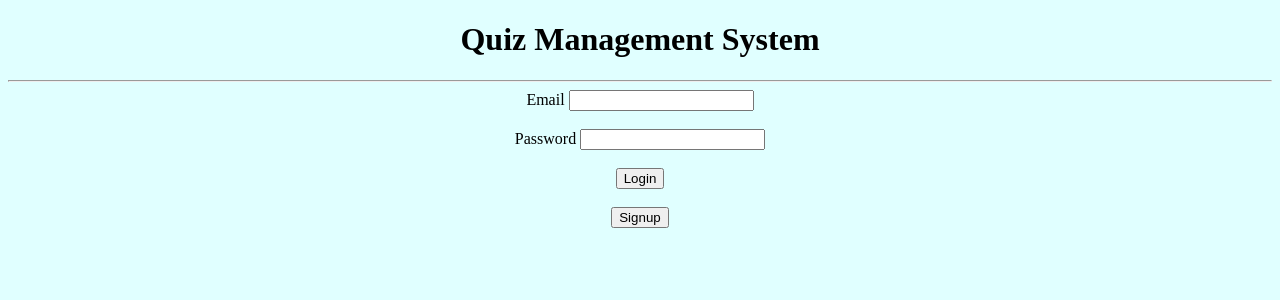
Repository: Rohitsenpai01/Quiz-Manangement-System
Page: http://localhost/WebQuizApp/
The author's editor kept a copy of each file at every save. The page is drawn from the files as they stood at one save, then again after the next save.
The browser window is 1280 px wide. The pictures show the whole page.
The page is served by Tomcat 9.

Above is the page before, as saved 2025-12-29 05:35:24.

After the next save:
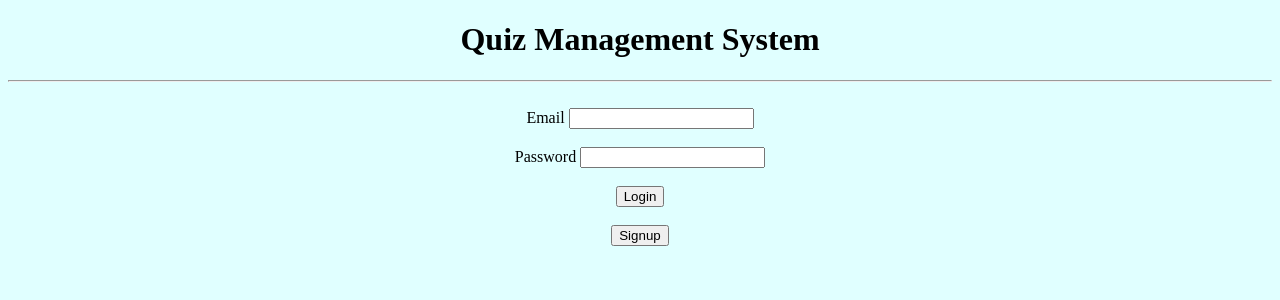
Saved 31 s later.
--- a/WebQuizApp/WebQuizApp/src/main/webapp/index.jsp
+++ b/WebQuizApp/WebQuizApp/src/main/webapp/index.jsp
@@ -7,7 +7,7 @@
 <title>Insert title here</title>
 </head>
 <body bgcolor="${initParam.theme}">
-	<h1 style="text-align: center;">${initParam.appTitle}</h1><hr>
+	<h1 style="text-align: center;">${initParam.appTitle}</h1><hr><br>
 	<form method="post" action="login.jsp" style="text-align: center;">
 		Email <input type="text" name="email"><br><br>
 		Password <input type="password" name="passwd"><br><br>
